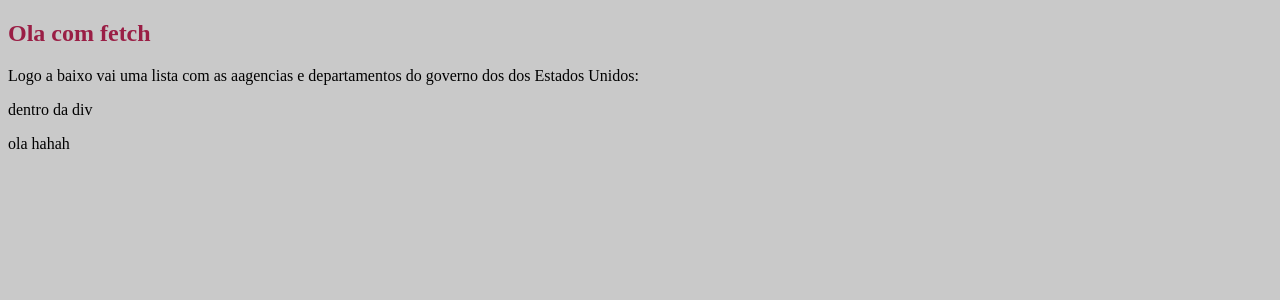
Repository: gustavo-eng/usaJobs
Page: index.html
The author's editor kept a copy of each file at every save. The page is drawn from the files as they stood at one save, then again after the next save.
The browser window is 1280 px wide. The pictures show the whole page.
The page's requests for data from a server got no answer.

Above is the page before, as saved 2023-01-08 16:30:00.

After the next save:
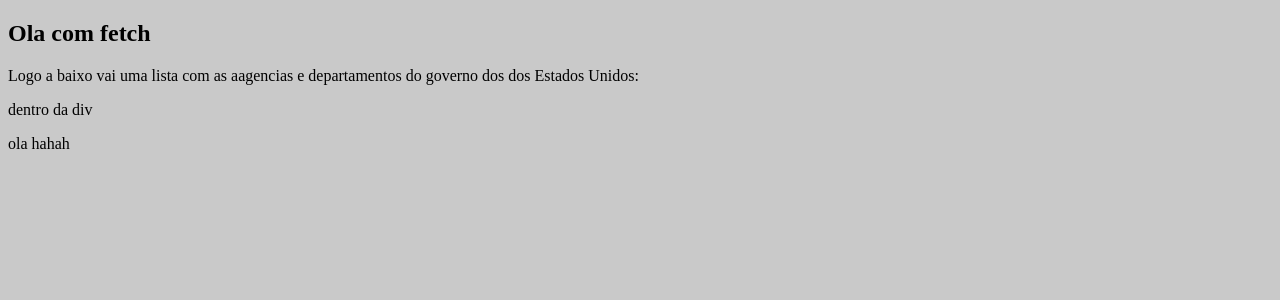
Saved 7 s later.
--- a/index.css
+++ b/index.css
@@ -1,4 +1,4 @@
-h2,h1 {
+h2 h1 {
     color: rgb(154, 30, 69);
 }
 

After the save that followed:
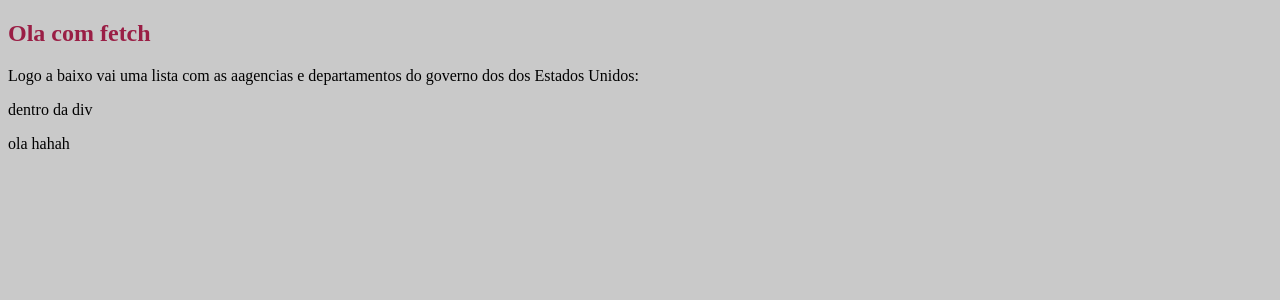
Saved 17 s later.
--- a/index.css
+++ b/index.css
@@ -1,4 +1,4 @@
-h2 h1 {
+h2, h1  {
     color: rgb(154, 30, 69);
 }
 
